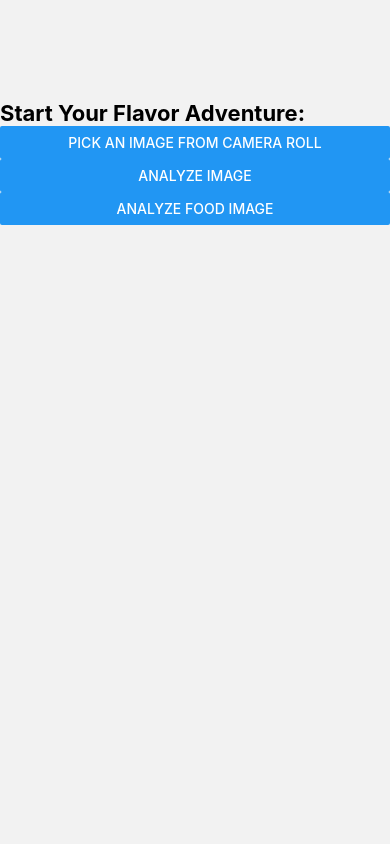
Repository: djdjdallas/taste-without-borders
Screen: /Home
The author's editor kept a copy of each file at every save. The screen is drawn from the files as they stood at one save, then again after the next save.
The app was drawn by React Native's web renderer in a window 390 px wide. The project was rebuilt for these pictures with package versions that can differ from the ones it lists, and the page was loaded fresh each time.

Above is the screen before, as saved 2023-12-26 19:58:45.

After the next save:
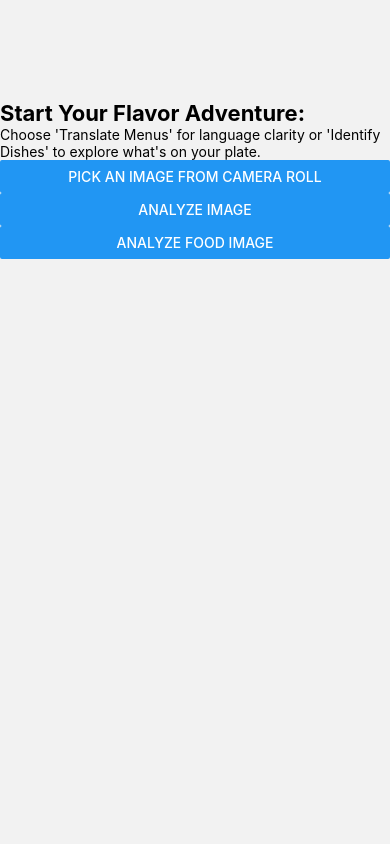
Saved 31 s later.
--- a/HomeScreen.js
+++ b/HomeScreen.js
@@ -157,6 +157,10 @@ const HomeScreen = () => {
       <View>
         <Text style={{ fontSize: 22, fontWeight: "bold", textAlign: "left" }}>
           Start Your Flavor Adventure:
+        </Text>
+        <Text>
+          Choose 'Translate Menus' for language clarity or 'Identify Dishes' to
+          explore what's on your plate.
         </Text>
       </View>
       <Button title="Pick an image from camera roll" onPress={pickImage} />
